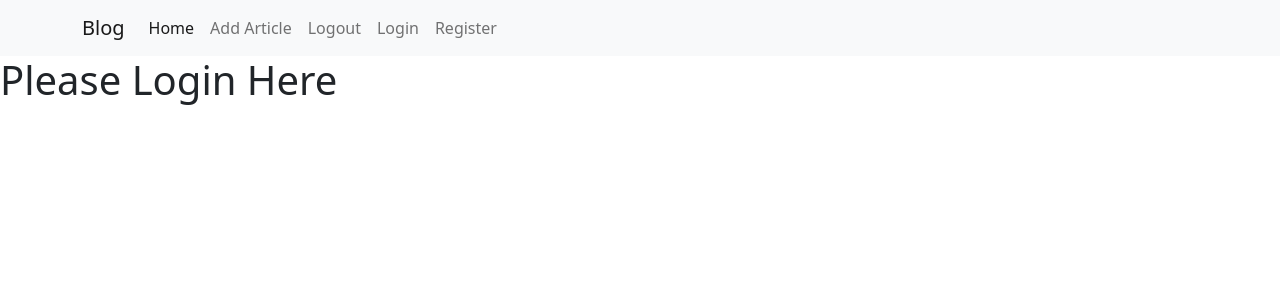
Repository: baothi/fontend
Page: /
An editor plug-in stored every save of this project. The page is shown before and after the next save, followed by the edit.
The browser window is 1280 px wide. The pictures show the whole page.
The page's requests for data from a server got no answer. The project was rebuilt for these pictures with package versions that can differ from the ones it lists, and the page was loaded fresh each time. No one was signed in, and anything a server would have sent is missing. Also part of the build but not shown: src/App.css, src/components/ArticleList.js, src/components/ArticleDetails.js.

Above is the page before, as saved 2022-10-14 09:42:58.

### src/index.js
import React from 'react';
import ReactDOM from 'react-dom/client';
import './index.css';
import App from './App';
import reportWebVitals from './reportWebVitals';
import 'bootstrap/dist/css/bootstrap.min.css';
import {BrowserRouter} from "react-router-dom";

const root = ReactDOM.createRoot(document.getElementById('root'));
root.render(
  <React.StrictMode>
    <BrowserRouter>
      <App />
    </BrowserRouter>
  </React.StrictMode>
);

// If you want to start measuring performance in your app, pass a function
// to log results (for example: reportWebVitals(console.log))
// or send to an analytics endpoint. Learn more: https://bit.ly/CRA-vitals
reportWebVitals();

### src/App.js
import logo from './logo.svg';
import './App.css';
import {useState, useEffect} from 'react';
import ArticleList from './components/ArticleList';
import Navbar from './components/Navbar';
import {
  Routes,
  Route,
} from "react-router-dom";
import Login from './components/Login';
import ArticleDetails from './components/ArticleDetails';


function App() {
  const [articles, setArticles] = useState([])
  const [editArticle, setEditedArticle] = useState('')

  useEffect(() => {
    fetch(`https://qatestapi.site/articles/`, {
      method:'GET',
      headers: {
        'Content-Type':'application/json',
        'Authorization':`Token e560b64c180a3433933f9a902976312b310ae846`
      }
    })
    .then(resp => resp.json())
    .then(result => {
      setArticles(result)
      // console.log(result)
    })
    .catch(error => {
      console.log(error)
    })

  },[])
  return (
    <div>

      <Navbar />
      <Routes>
        <Route path='/' element={<Login/>}></Route>
        <Route path='/articles'
        element={<ArticleList articles={articles}/>}>
        </Route>
        <Route path="/articles/:slug" element={<ArticleDetails/>}></Route>
      </Routes>

    </div>
  );
}

export default App;

### src/components/Navbar.js

import React from 'react'

function Navbar() {
  return (
    <nav className="navbar navbar-expand-lg navbar-light bg-light">
  <div className="container">
    <a className="navbar-brand" href="#">Blog</a>
    <button className="navbar-toggler" type="button" data-bs-toggle="collapse" data-bs-target="#navbarNav" aria-controls="navbarNav" aria-expanded="false" aria-label="Toggle navigation">
      <span className="navbar-toggler-icon"></span>
    </button>
    <div className="collapse navbar-collapse" id="navbarNav">
      <ul className="navbar-nav">
        <li className="nav-item">
          <a className="nav-link active" aria-current="page" href="#">Home</a>
        </li>
        <li className="nav-item">
          <a className="nav-link" href="#">Add Article</a>
        </li>
        <li className="nav-item">
          <a className="nav-link" href="#">Logout</a>
        </li>
        <li className="nav-item">
          <a className="nav-link" href="#" tabindex="-1" aria-disabled="true">Login</a>
        </li>
         <li className="nav-item">
          <a className="nav-link" href="#" tabindex="-1" aria-disabled="true">Register</a>
        </li>
      </ul>
    </div>
  </div>
</nav>
  )
}

export default Navbar

### src/components/Login.js


import React, {useState} from 'react'

function Login() {
  return (
    <div>
      <h1>Please Login Here</h1>
    </div>
  )
}

export default Login

Loaded but not shown: public/index.html (common file); src/index.css (common file); src/reportWebVitals.js (common file)

After the next save:
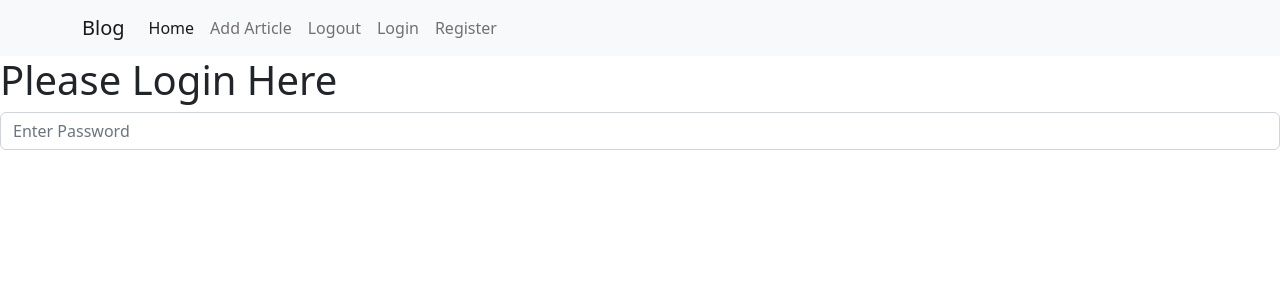
Saved 44 min 52 s later.
--- a/src/components/Login.js
+++ b/src/components/Login.js
@@ -3,11 +3,17 @@
 import React, {useState} from 'react'
 
 function Login() {
-  return (
-    <div>
-      <h1>Please Login Here</h1>
-    </div>
-  )
+    const [username, setUsername] = useState('')
+    const [password, setPassword] = useState('')
+
+    return (
+        <div>
+            <h1>Please Login Here</h1>
+            <div className="mb-3">
+                <input type="text" className="form-control" placeholder="Enter Password" />
+            </div>
+        </div>
+    )
 }
 
 export default Login
